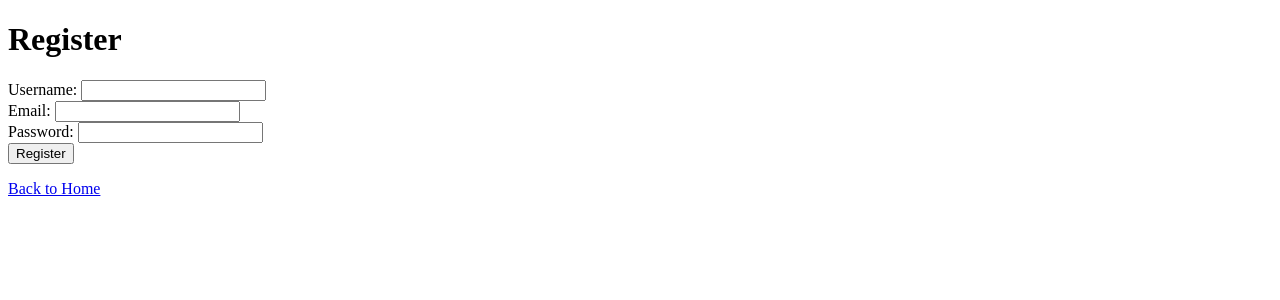
Repository: thang44hdai/btPTTKHTTT
Page: http://localhost/b2/register.jsp
These files come from the project's save history. The page is drawn as it stood at one moment and after the next save; the edit follows.
The browser window is 1280 px wide. The pictures show the whole page.
The page is served by Tomcat 9. Other server files are loaded and not shown.

Above is the page before, as saved 2024-08-23 17:34:16.

### b2/src/main/webapp/register.jsp
<%@ page language="java" contentType="text/html; charset=ISO-8859-1"
    pageEncoding="UTF-8"%>
<!DOCTYPE html>
<html>
<head>
<meta charset="UTF-8">
<title>register</title>
</head>
<body>
    <div class="container">
        <h1>Register</h1>
        <form action="RegisterServlet" method="post">
            <label for="username">Username:</label>
            <input type="text" id="username" name="username" required><br>
            <label for="email">Email:</label>
            <input type="text" id="username" name="email" required><br>
            <label for="password">Password:</label>
            <input type="password" id="password" name="password" required><br>
            <button type="submit">Register</button>
        </form>

        <p><a href="index.html">Back to Home</a></p>

        <%-- Display error message if registration fails --%>
        <% String error = request.getParameter("error");
           if (error != null && error.equals("1")) { %>
            <p style="color: red;">Registration failed. Please try again.</p>
        <% } %>
      </div>

</body>
</html>

After the next save:
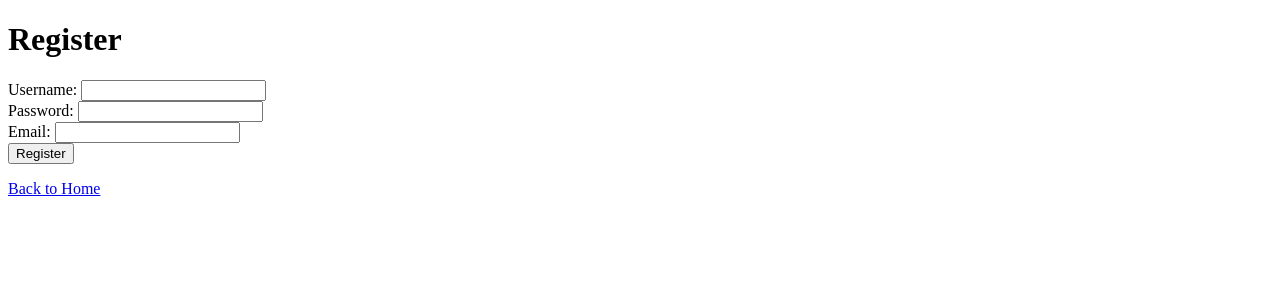
Saved 2 min 56 s later.
--- a/b2/src/main/webapp/register.jsp
+++ b/b2/src/main/webapp/register.jsp
@@ -12,10 +12,10 @@
         <form action="RegisterServlet" method="post">
             <label for="username">Username:</label>
             <input type="text" id="username" name="username" required><br>
+             <label for="password">Password:</label>
+            <input type="password" id="password" name="password" required><br>
             <label for="email">Email:</label>
             <input type="text" id="username" name="email" required><br>
-            <label for="password">Password:</label>
-            <input type="password" id="password" name="password" required><br>
             <button type="submit">Register</button>
         </form>
 
